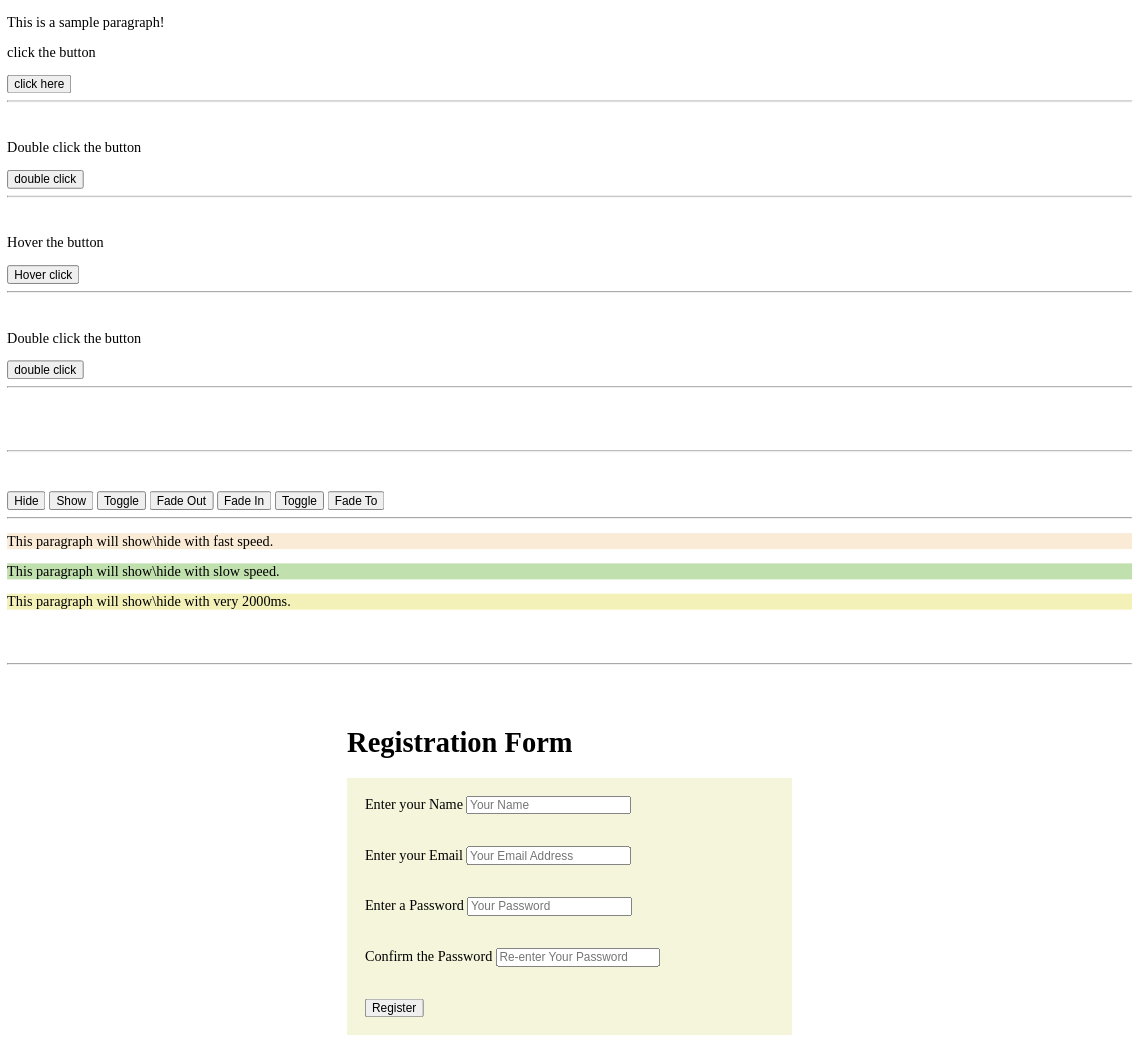
Repository: DhananjayaLakshan/Uom-Web_Design_For_Beginners
Page: Work02/index.html
The author's editor kept a copy of each file at every save. The page is drawn from the files as they stood at one save, then again after the next save.
The browser window is 1280 px wide. The pictures show the whole page, at 89% of full size.

Above is the page before, as saved 2023-12-01 00:02:57.

### Work02/index.html
<!DOCTYPE html>
<html lang="en">

<head>
    <meta charset="UTF-8" />
    <meta name="viewport" content="width=device-width, initial-scale=1.0" />
    <title>jquery</title>
    <script src="jquery-3.7.1.min.js"></script>
    <script src="jquery.validate.min.js"></script>
    <script src="https://cdn.jsdelivr.net/npm/jquery-validation-unobtrusive@4.0.0/dist/jquery.validate.unobtrusive.min.js"></script>
    <link rel="stylesheet" href="style.css">
</head>

<body>
    <p id="pid">This is a sample paragraph!</p>

    <script>
        $(document).ready(function () {
            $("#pid").click(function () {
                alert("You clicked the paragraph..!!");
            });
        });

        // $('#pid').click(function(){
        //     alert('You clicked the paragraph..!!');
        // });

        // document.getElementById('pid').onclick = function(){
        //     alert('You clicked the paragraph..!!');
        // }
    </script>

    <p>click the button</p>
    <button id="btn1">click here</button>
    <br />
    <hr />
    <br />

    <p>Double click the button</p>
    <button id="btn2">double click</button>
    <br />
    <hr />
    <br />

    <p>Hover the button</p>
    <button id="btn3">Hover click</button>
    <br />
    <hr />
    <br />

    <p>Double click the button</p>
    <button id="btn4">double click</button>
    <br />
    <hr />
    <br />

    <script>
        $(document).ready(function () {
            $("#btn1").click(function () {
                $(this).hide();
            });

            $("#btn2").dblclick(function () {
                $(this).hide();
            });

            $("#btn3").hover(function () {
                $(this).css("background-color", "pink");
            });

            $("#btn4").on({
                mouseenter: function () {
                    $(this).css("background-color", "cyan");
                },
                mouseleave: function () {
                    $(this).css("background-color", "yellow");
                },
            });
        });
    </script>

    <br /><br />
    <hr />
    <br /><br />

    <button class="hideBtn">Hide</button>
    <button class="showBtn">Show</button>
    <button class="toggleBtn">Toggle</button>
    <button class="fadeout">Fade Out</button>
    <button class="fadein">Fade In</button>
    <button class="toggle">Toggle</button>
    <button class="fadeto">Fade To</button>

    <hr />

    <p class="pfast" style="background-color: antiquewhite">
        This paragraph will show\hide with fast speed.
    </p>
    <p class="pslow" style="background-color: rgb(192, 224, 174)">
        This paragraph will show\hide with slow speed.
    </p>
    <p class="pclass" style="background-color: rgb(243, 241, 184)">
        This paragraph will show\hide with very 2000ms.
    </p>

    <script>
        $(document).ready(function () {
            $(".hideBtn").click(function () {
                $("p.pfast").hide("fast");
                $("p.pslow").hide("slow");
                $("p.pclass").hide(2000);
            });

            $(".showBtn").click(function () {
                $("p.pfast").show("fast");
                $("p.pslow").show("slow");
                $("p.pclass").show(2000);
            });

            $(".toggleBtn").click(function () {
                $("p.pfast").toggle("fast");
                $("p.pslow").toggle("slow");
                $("p.pclass").toggle(2000);
            });

            $(".fadeout").click(function () {
                $("p.pfast").fadeOut("fast");
                $("p.pslow").fadeOut("slow");
                $("p.pclass").fadeOut(2000);
            });

            $(".fadein").click(function () {
                $("p.pfast").fadeIn("fast");
                $("p.pslow").fadeIn("slow");
                $("p.pclass").fadeIn(2000);
            });

            $(".toggle").click(function () {
                $("p.pfast").fadeToggle("fast");
                $("p.pslow").fadeToggle("slow");
                $("p.pclass").fadeToggle(2000);
            });

            $(".fadeto").click(function () {
                $("p.pfast").fadeTo("fast", 0.5);
                $("p.pslow").fadeTo("slow", 0.5);
                $("p.pclass").fadeTo(2000, 0.5);
            });
        });
    </script>

    <br /><br />
    <hr />
    <br /><br />

    <div class="container">
        <h1>Registration Form</h1>
        <form action="" name="registration">

            <label for="name">Enter your Name</label>
            <input type="text" name="name" id="name" placeholder="Your Name" /> <br>
            <span data-valmsg-for="name" data-valmsg-replace="true"></span>
            <br><br>

            <label for="email">Enter your Email</label>
            <input type="email" name="email" id="email" placeholder="Your Email Address" /><br>
            <span data-valmsg-for="email" data-valmsg-replace="true"></span>
            <br><br>

            <label for="password">Enter a Password</label>
            <input type="password" name="password" id="password" placeholder="Your Password" /><br>
            <span data-valmsg-for="password" data-valmsg-replace="true"></span>
            <br><br>

            <label for="password">Confirm the Password</label>
            <input type="password" name="confirmpassword" id="confirmpassword" placeholder="Re-enter Your Password" /><br>
            <span data-valmsg-for="confirmpassword" data-valmsg-replace="true"></span>
            <br><br>

            <button type="submit">Register</button>
        </form>
    </div>

    <script>
        $(function(){
            $("form[name='registration']").validate({
                rules:{
                    name:"required",
                    email:{
                        required:true,
                        email:true
                    },
                    password:{
                        required:true,
                        minlength:5
                    },
                    confirmpassword:{
                        required:true,
                        minlength:5,
                        equalTo:"password"
                    }
                },

                messages:{
                    name: "Please enter your name",

                    email:{
                        required:"Please enter your email address",
                        email:"Please enter the valid email"
                    },

                    password:{
                        required: "Please enter a password",
                        minlength:"Your password must be consist of at lease 5 characters"
                    },

                    confirmpassword:{
                        required: "Please Re-enter the password",
                        minlength: "Your password must be consist of at lease 5 characters",
                        equalTo: "Please enter the same password as above"
                    }
                }
            })
        });
    </script>











</body>

</html>

### Work02/style.css
.container{
    width: 500px;
    margin: 25px auto;
}

form{
    padding: 20px;
    background-color:beige;
    color: black;
    font-weight: 500;

}

Loaded but not shown: Work02/jquery-3.7.1.min.js (library); Work02/jquery.validate.min.js (library)

After the next save:
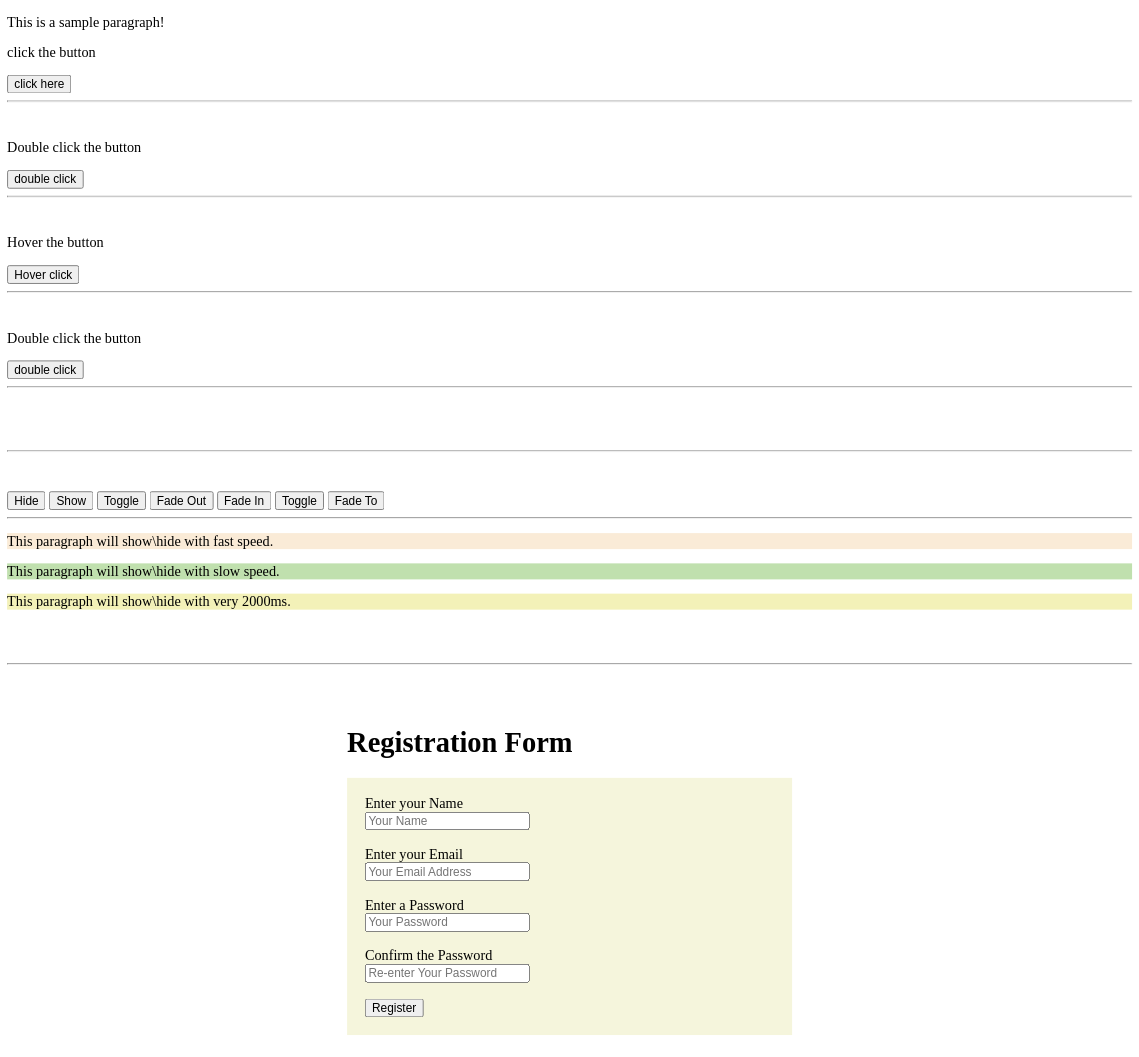
Saved 25 s later.
--- a/Work02/index.html
+++ b/Work02/index.html
@@ -157,23 +157,23 @@
         <h1>Registration Form</h1>
         <form action="" name="registration">
 
-            <label for="name">Enter your Name</label>
-            <input type="text" name="name" id="name" placeholder="Your Name" /> <br>
+            <label for="name">Enter your Name</label><br>
+            <input type="text" name="name" id="name" placeholder="Your Name" />
             <span data-valmsg-for="name" data-valmsg-replace="true"></span>
             <br><br>
 
-            <label for="email">Enter your Email</label>
-            <input type="email" name="email" id="email" placeholder="Your Email Address" /><br>
+            <label for="email">Enter your Email</label><br>
+            <input type="email" name="email" id="email" placeholder="Your Email Address" />
             <span data-valmsg-for="email" data-valmsg-replace="true"></span>
             <br><br>
 
-            <label for="password">Enter a Password</label>
-            <input type="password" name="password" id="password" placeholder="Your Password" /><br>
+            <label for="password">Enter a Password</label><br>
+            <input type="password" name="password" id="password" placeholder="Your Password" />
             <span data-valmsg-for="password" data-valmsg-replace="true"></span>
             <br><br>
 
-            <label for="password">Confirm the Password</label>
-            <input type="password" name="confirmpassword" id="confirmpassword" placeholder="Re-enter Your Password" /><br>
+            <label for="password">Confirm the Password</label><br>
+            <input type="password" name="confirmpassword" id="confirmpassword" placeholder="Re-enter Your Password" />
             <span data-valmsg-for="confirmpassword" data-valmsg-replace="true"></span>
             <br><br>
 
